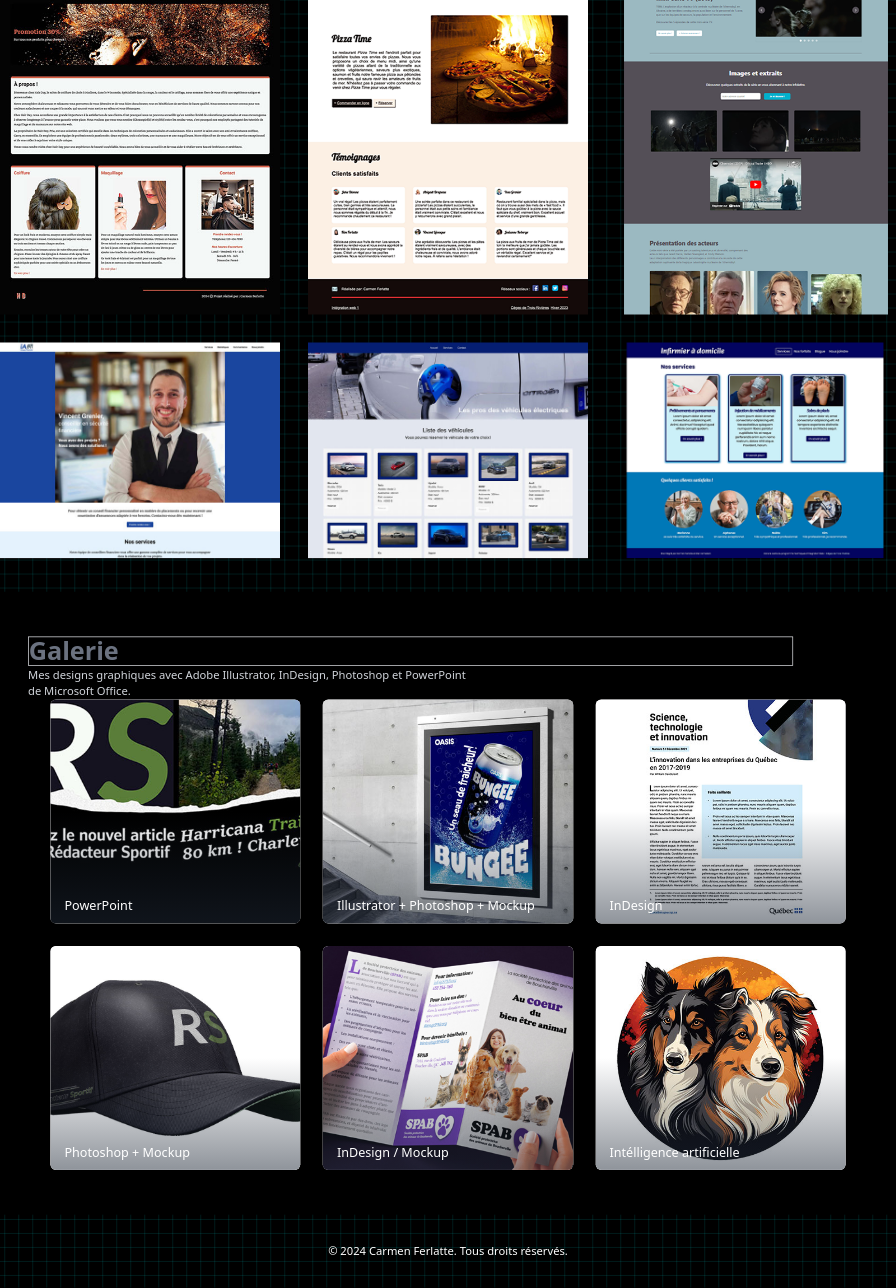
Repository: CarmenFerlatte/TP3__FerlatteCarmen
Page: realisations.html
The author's editor kept a copy of each file at every save. The page is drawn from the files as they stood at one save, then again after a run of saves.
The browser window is 1280 px wide. The pictures show the part of the page from y = 1095 to 3015 px (the page is 2935 px tall before and 3015 px after), at 70% of full size.
Some web libraries are served in a nearby version. The style sheet was rebuilt from its Sass, Less or Tailwind sources for each picture, by a compiler version that may differ from the author's.

Above is the page before, as saved 2024-08-22 11:34:55.
Console error: TypeError: Cannot read properties of null (reading 'addEventListener')

After the next 5 saves:
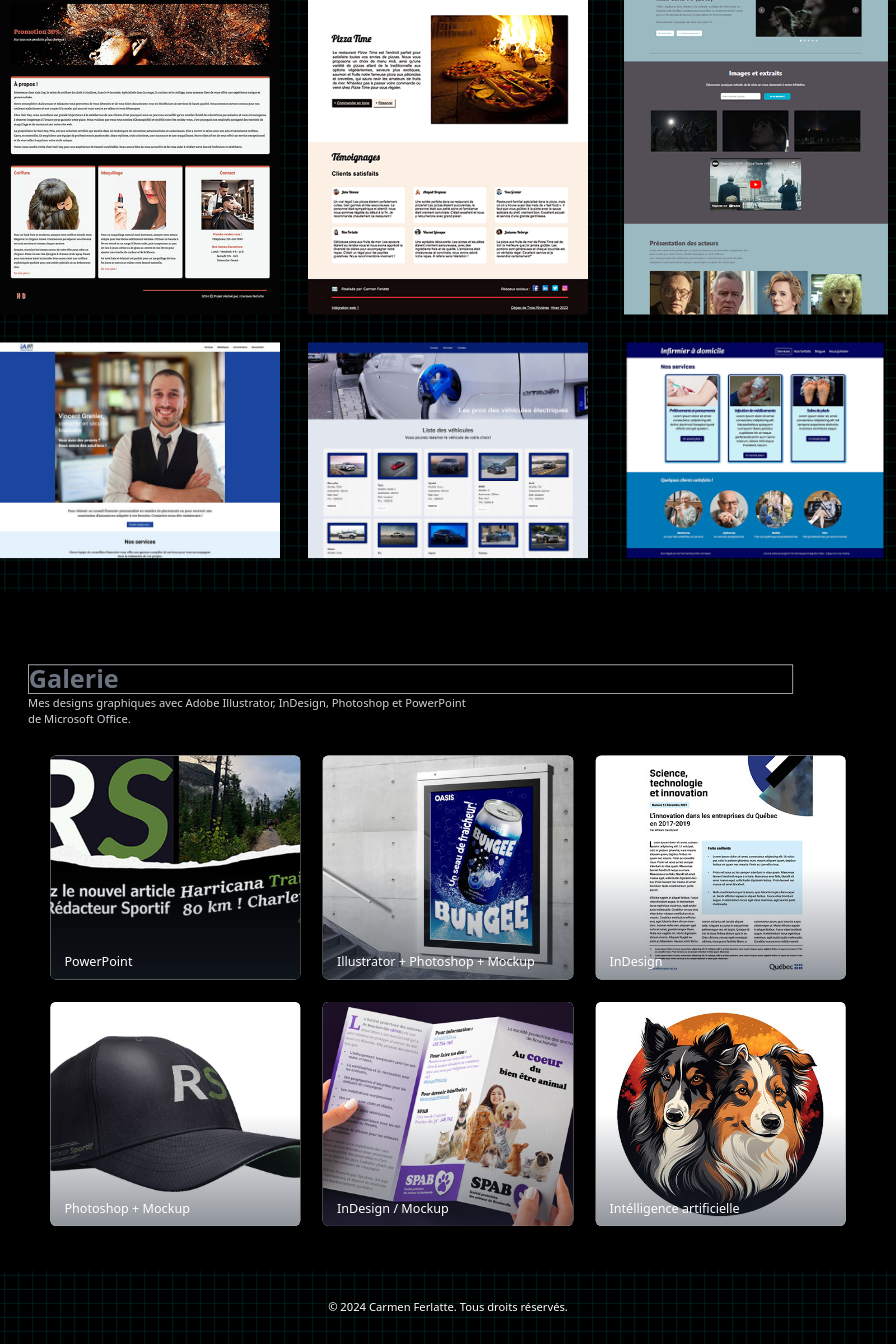
The 5 saves are shown as one change because they came seconds apart.
The last was saved 12 s later.
--- a/realisations.html
+++ b/realisations.html
@@ -107,7 +107,7 @@
     </div>
 </section>
     <section class="dark:bg-gray-800 h-full pt-16">
-        <div class="w-11/12 px-10">
+        <div class="w-11/12 px-10 my-10">
             <h2 id="galerie" class="text-2xl md-text-3xl lg:text-4xl font-bold text-gray-500 dark:text-white border">Galerie</h2>
 
             <p class="hidden max-w-screen-sm text-1xl text-gray-300 dark:text-gray-300 md:block">
